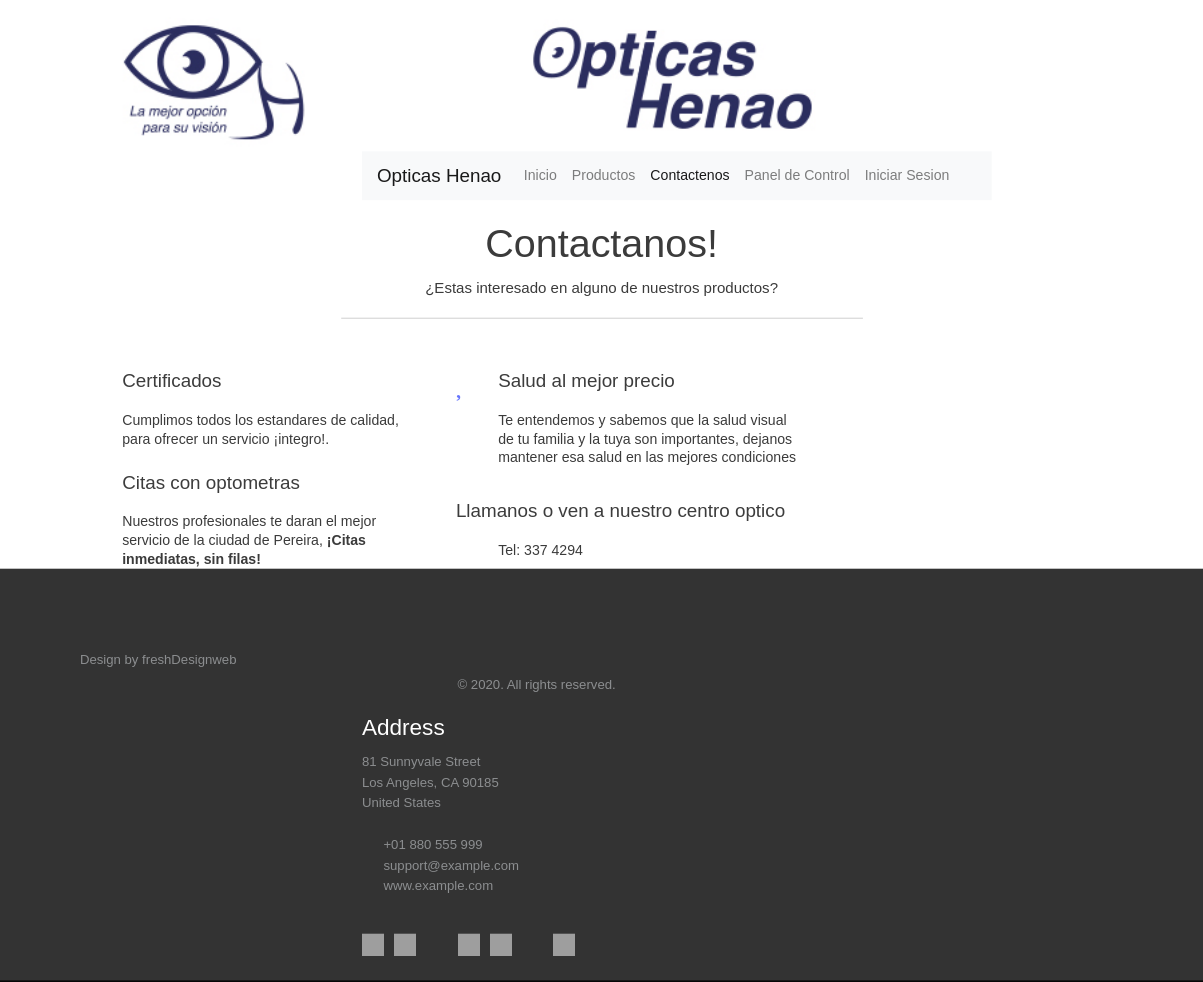
Repository: camilo1505/optometra
Page: contactanos.html
These files come from the project's save history. The page is drawn as it stood at one moment and after the next save; the edit follows.
The browser window is 1280 px wide. The pictures show the whole page, at 94% of full size.
Pictures or frames that could not be fetched are drawn as grey boxes. Some web fonts or font styles are not loaded; a fallback is used.

Above is the page before, as saved 2019-04-14 21:56:53.
Console error (its wording comes from the project's code and is left out).

After the next save:
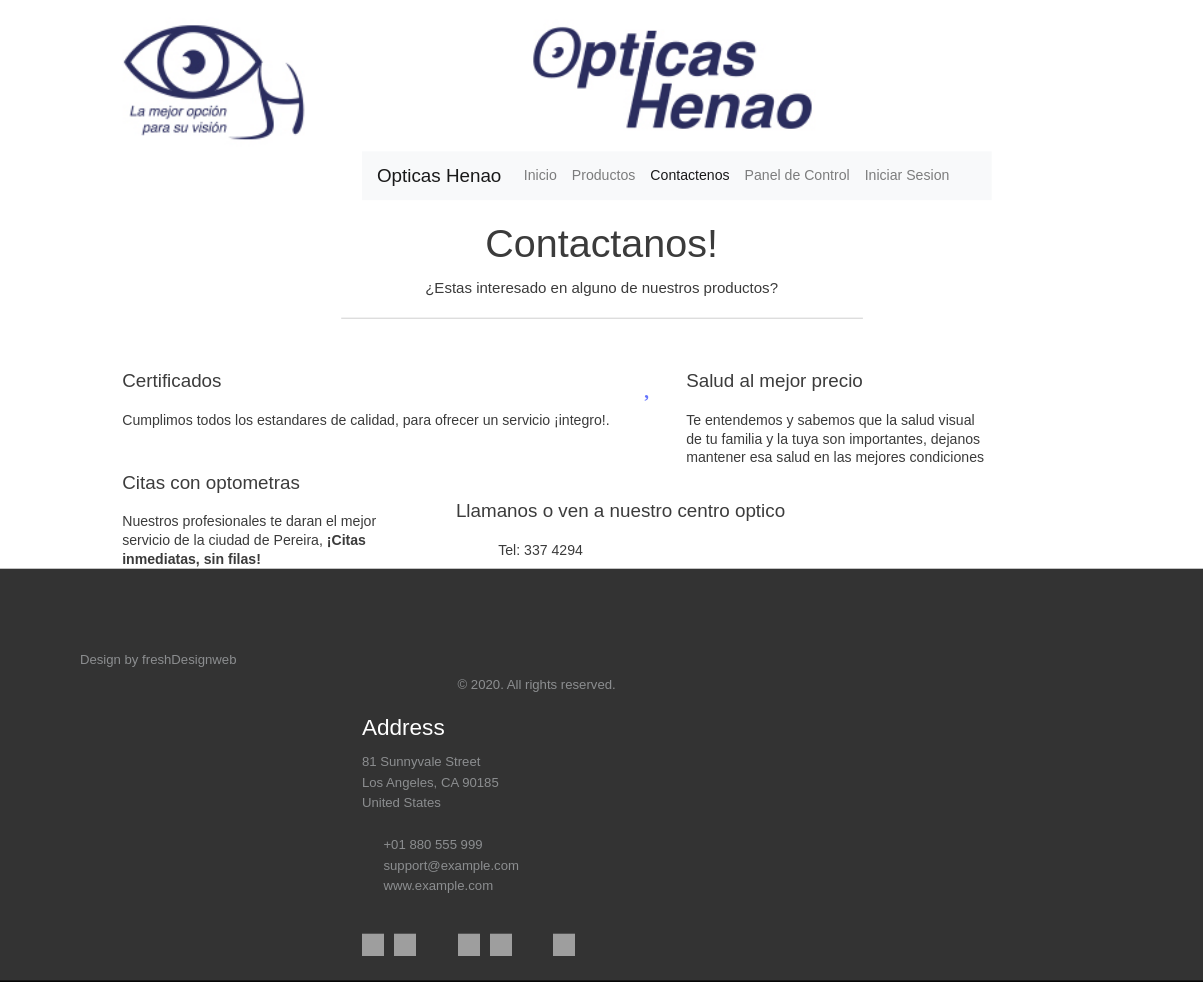
Saved 4 s later.
--- a/contactanos.html
+++ b/contactanos.html
@@ -67,7 +67,7 @@
         <div class="span12">
           <div class="row">
             <!-- Service Container -->
-            <div class="span4">
+            <div class="span6">
               <!-- Service Icon -->
               <div class="ic-1"><i class="icon-ok"></i></div>
               <!-- Service Title -->
